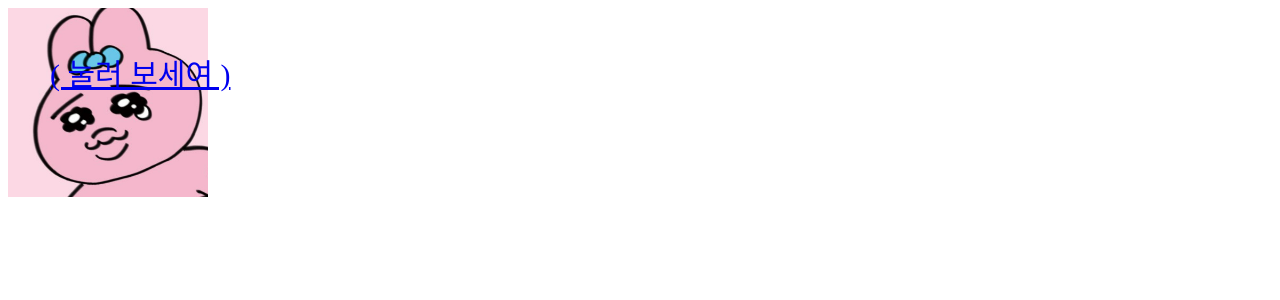
Repository: hyejux/jsp
Page: JSPBasic/src/main/webapp/html/hi.html
The author's editor kept a copy of each file at every save. The page is drawn from the files as they stood at one save, then again after the next save.
The browser window is 1280 px wide. The pictures show the whole page.

Above is the page before, as saved 2024-06-24 08:27:25.

### JSPBasic/src/main/webapp/html/hi.html
<!DOCTYPE html>
<html>
<head>
<meta charset="UTF-8">
<title>Insert title here</title>
<style>
div {
 font-size : 30px;
 position : absolute;
 top : 50px;
 left : 50px}
</style>
</head>
<body>
	<img src="img/pan.jpg" width="200" heigth="200" />
	<div> <a href="hello1.html">  ( 눌러 보세여 )</a> </div>


</body>
</html>

After the next save:
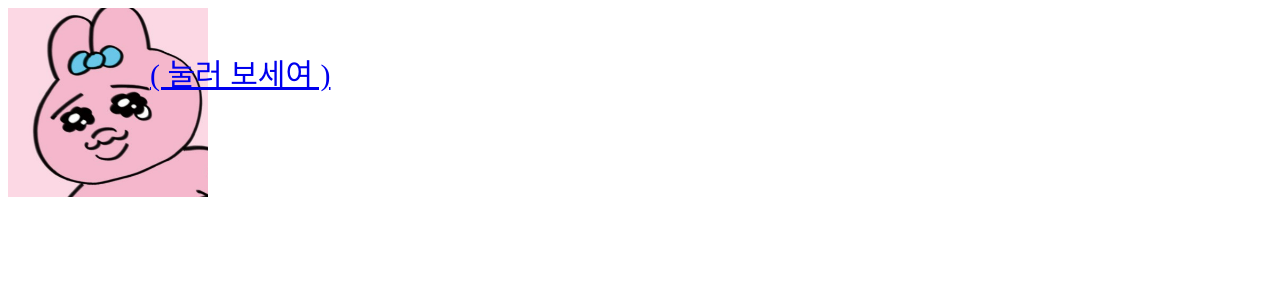
Saved 6 s later.
--- a/JSPBasic/src/main/webapp/html/hi.html
+++ b/JSPBasic/src/main/webapp/html/hi.html
@@ -8,7 +8,7 @@
  font-size : 30px;
  position : absolute;
  top : 50px;
- left : 50px}
+ left : 150px}
 </style>
 </head>
 <body>
